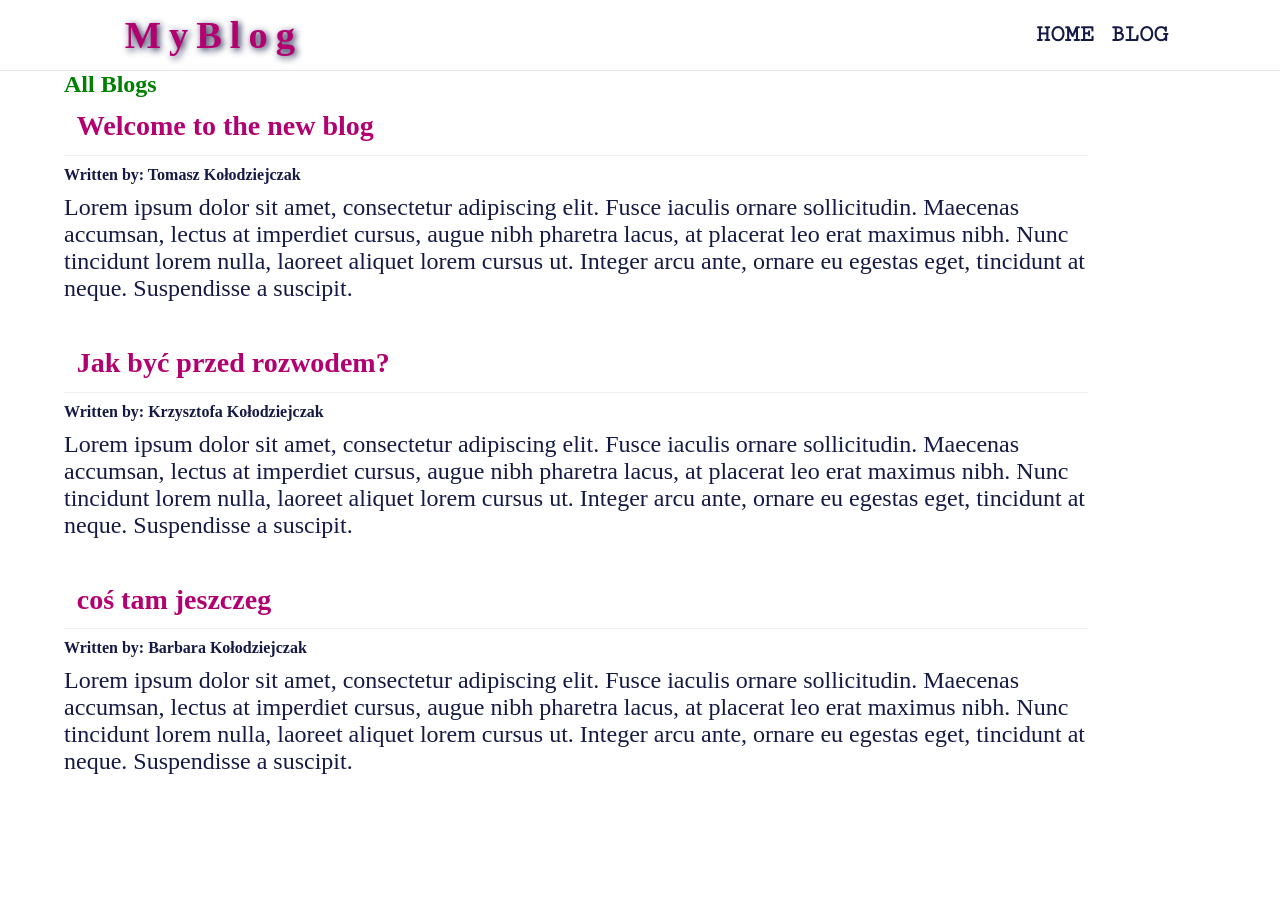
Repository: KrzysKolo/myBlog
Page: /
An editor plug-in stored every save of this project. The page is shown before and after the next save, followed by the edit.
The browser window is 1280 px wide. The pictures show the whole page.
Some web fonts or font styles are not loaded; a fallback is used. The project was rebuilt for these pictures with package versions that can differ from the ones it lists, and the page was loaded fresh each time. Requests to the local data server were answered from the project's data file. Also part of the build but not shown: src/pages/Blog/Blog.css, src/pages/Blog/Blog.js, src/pages/BlogNote/BlogNote.css, src/pages/BlogNote/BlogNote.js.

Above is the page before, as saved 2021-04-27 10:53:27.

### src/App.js
import React from 'react';
import { BrowserRouter as Router, Switch, Route } from 'react-router-dom';
import { Home, Blog, BlogNote } from './pages';
import { Header } from './components';

import './App.css';

const App = () => {
  return (
    <Router>
      <main className="App">
        <Header />
        <Switch>
          <Route path="/" exact component={Home} />
          <Route path="/blog" exact component={Blog} />
          <Route path="/note/:id" exact component={BlogNote} />
        </Switch>
      </main>
    </Router>
  )
}

export default App;

### src/pages/index.js
export { default as Home } from './Home/Home';
export { default as Blog } from './Blog/Blog';
export { default as BlogNote } from './BlogNote/BlogNote';

### src/components/index.js
export { default as Header } from './Header/Header';
export { default as Navigation } from './Navigation/Navigation';

### src/App.css
@import url("https://fonts.googleapis.com/css2?family=Barrio&family=Cutive+Mono&family=Meddon&family=Princess+Sofia&family=Snowburst+One&display=swap");
* {
  box-sizing: border-box;
  margin: 0;
  padding: 0;
}
.wrapper {
  width: 90vw;
  margin: 0 auto;
  display: flex;
  flex-direction: row;
  justify-content: space-between;
  align-items: center;
}

### src/pages/Home/Home.js
import React, {useState, useEffect} from 'react';
import BlogList from '../../components/BlogList/BlogList';
import './Home.css';

const Home = () => {
	const[blogs, setBlogs] = useState(null);

	const blog = 'http://localhost:4000/posts';

	useEffect(() => {
		fetch(blog)
		.then(res =>{
			return res.json()
		})
		.then(data => {
			console.log(data);
			setBlogs(data);
		})
	}, []);

	return (
      <main className="Home">
        <section className="wrapper">
     			{blogs && <BlogList blogs={blogs} title="All Blogs"  /> }
        </section>
      </main>
    )
}

export default Home

### src/components/Header/Header.js
import React from 'react';
import Navigation from '../Navigation/Navigation';
import './Header.css';

const Header = () => {
    return (
        <header >
          <section className="wrapper" >
            <Navigation />
          </section>
        </header>
    )
}

export default Header;

### src/components/Navigation/Navigation.js
import React from 'react';
import { Link } from 'react-router-dom';
import dataMenu from './dataMenu';

import './Navigation.css';

const Navigation = () => {
    const menu = dataMenu.map(item => <Link key={item.path} to={item.path} exact={item.exact ? item.exact : false} className="link">{item.name}</Link>)
    return (
        <nav>
        	<h1>MyBlog</h1>
          <ul>
            {menu}
          </ul>
        </nav>
    )
}

export default Navigation;

### src/components/BlogList/BlogList.js
import React from 'react';
import './BlogList.css';

const BlogList = ({ blogs, title}) => {
    const blogItem = blogs.map(blog => (
        <div className="blog-preview" key={blog.id}>
            <h3>{blog.title}</h3>
            <h4>Written by: {blog.author}</h4>
            <p>{blog.body}</p>

        </div>
    ));
    return (
        <div>
            <h2 className="blog-title">{title}</h2>
            {blogItem}
        </div>
    )
}

export default BlogList;

### src/pages/Home/Home.css
.Home {
  color: green;
}

### src/components/Header/Header.css
header {
  border-bottom: 1px solid #e5e5e5;
}

### src/components/Navigation/dataMenu.js
const dataMenu=[
    { name: 'Home', path: "/", exact: true },
    { name: 'Blog', path: "/blog"},
/*     { name: 'NoteBlog', path: "/contact"},
    { name: 'Posts', path: "/posts" }, */
];
export default dataMenu;

### src/components/Navigation/Navigation.css
@import url("https://fonts.googleapis.com/css2?family=Barrio&family=Cutive+Mono&family=Meddon&family=Princess+Sofia&family=Snowburst+One&display=swap");

/* font-family: 'Barrio', cursive;
font-family: 'Cutive Mono', monospace;
font-family: 'Meddon', cursive;
font-family: 'Princess Sofia', cursive;
font-family: 'Snowburst One', cursive; */

nav {
  display: flex;
  flex-direction: row;
  justify-content: space-between;
  align-items: center;
  width: 100%;
}

nav h1 {
  color: #b30070;
  font-family: "Princess Sofia", cursive;
  font-size: 2.4rem;
  letter-spacing: 8px;
  margin-left: 3rem;
  padding: 0.8rem;
  text-shadow: 2px 2px 7px #151a44;
}

nav ul {
  font-family: "Cutive Mono", monospace;
  font-size: 1.5rem;
  text-transform: uppercase;
  margin-right: 3rem;
}
.link {
  font-weight: 600;
  margin-left: 1rem;
  text-decoration: none;
  color: #151a44;
  transition: all 0.3s ease-in-out;
}
.link:hover {
  color: #b30070;
}

### src/components/BlogList/BlogList.css
.blog-preview {
  /* border: 2px solid red; */
  border-radius: 20px;
  width: 80vw;
  margin-bottom: 2rem;
  font-family: "Princess Sofia", cursive;
  color: #151a44;
}
.blog-preview h3 {
  font-size: 1.75rem;
  color: #b30070;
  padding: 0.8rem;
  border-bottom: 1px solid #efefef;
}
.blog-preview h4 {
  font-family: "Times New Roman", Times, serif;
  padding: 10px 0;
}
.blog-preview p {
  font-size: 1.5rem;
}

### db.json
{
  "posts": [
    {
      "id": 1,
      "title": "Welcome to the new blog",
      "body": "Lorem ipsum dolor sit amet, consectetur adipiscing elit. Fusce iaculis ornare sollicitudin. Maecenas accumsan, lectus at imperdiet cursus, augue nibh pharetra lacus, at placerat leo erat maximus nibh. Nunc tincidunt lorem nulla, laoreet aliquet lorem cursus ut. Integer arcu ante, ornare eu egestas eget, tincidunt at neque. Suspendisse a suscipit.",
      "author": "Tomasz Kołodziejczak",
      "likes": 30
    },
    {
      "id": 2,
      "title": "Jak być przed rozwodem?",
      "body": "Lorem ipsum dolor sit amet, consectetur adipiscing elit. Fusce iaculis ornare sollicitudin. Maecenas accumsan, lectus at imperdiet cursus, augue nibh pharetra lacus, at placerat leo erat maximus nibh. Nunc tincidunt lorem nulla, laoreet aliquet lorem cursus ut. Integer arcu ante, ornare eu egestas eget, tincidunt at neque. Suspendisse a suscipit.",
      "author": "Krzysztofa Kołodziejczak",
      "likes": 30
    },
    {
      "id": 3,
      "title": "coś tam jeszczeg",
      "body": "Lorem ipsum dolor sit amet, consectetur adipiscing elit. Fusce iaculis ornare sollicitudin. Maecenas accumsan, lectus at imperdiet cursus, augue nibh pharetra lacus, at placerat leo erat maximus nibh. Nunc tincidunt lorem nulla, laoreet aliquet lorem cursus ut. Integer arcu ante, ornare eu egestas eget, tincidunt at neque. Suspendisse a suscipit.",
      "author": "Barbara Kołodziejczak",
      "likes": 5
    }
  ]
}

Loaded but not shown: public/index.html (common file); src/index.js (common file)

After the next save:
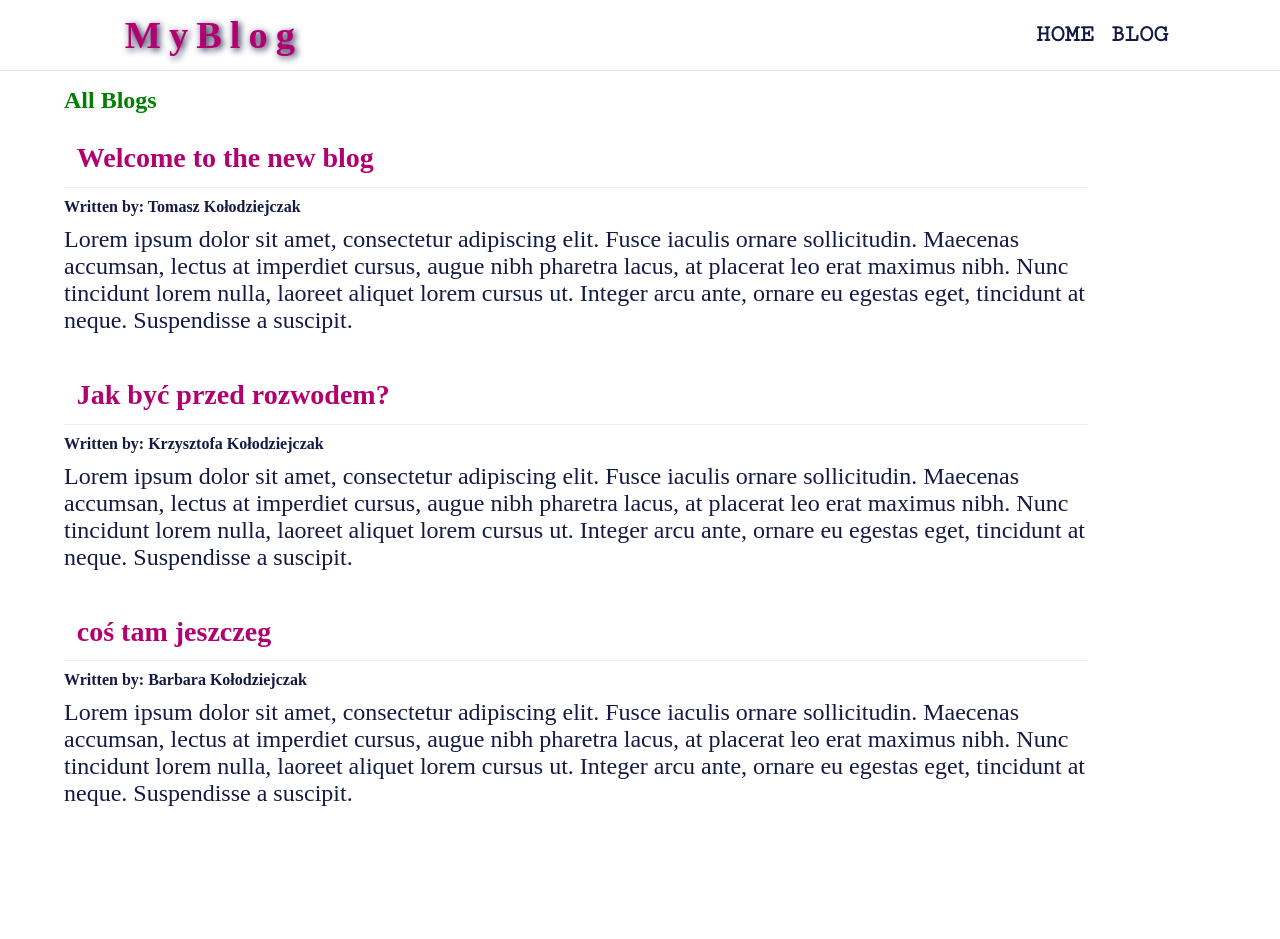
Saved 30 s later.
--- a/src/components/BlogList/BlogList.css
+++ b/src/components/BlogList/BlogList.css
@@ -19,3 +19,6 @@
 .blog-preview p {
   font-size: 1.5rem;
 }
+.blog-title {
+  margin: 1rem auto;
+}
